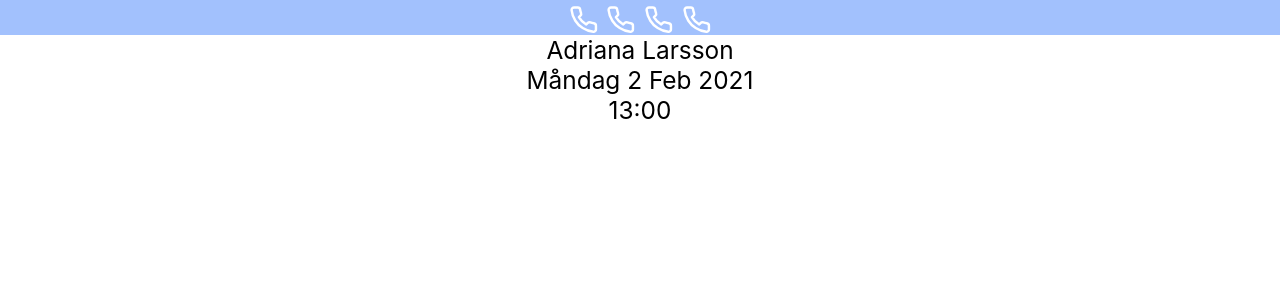
Repository: AdrianaLarsson/learning-react-adriana
Page: /
An editor plug-in stored every save of this project. The page is shown before and after a run of saves, followed by the edit.
The browser window is 1280 px wide. The pictures show the whole page.
The project was rebuilt for these pictures with package versions that can differ from the ones it lists, and the page was loaded fresh each time. Also part of the build but not shown: src/components/pixiLearn/pixi-learning.js, src/components/pixiLearn/reactTimline/timelinegant.js.

Above is the page before, as saved 2021-02-17 13:32:08.

After the next 6 saves:
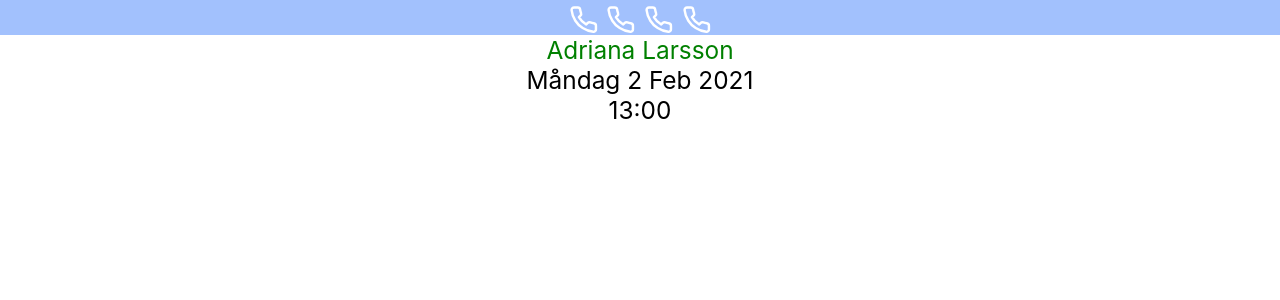
The 6 saves are shown as one change because they came seconds apart.
The last was saved 11 s later.
--- a/src/App.css
+++ b/src/App.css
@@ -26,6 +26,7 @@
 }
 .name{
   display: inline;
+  color: green;
 }
 
 /* .App {
